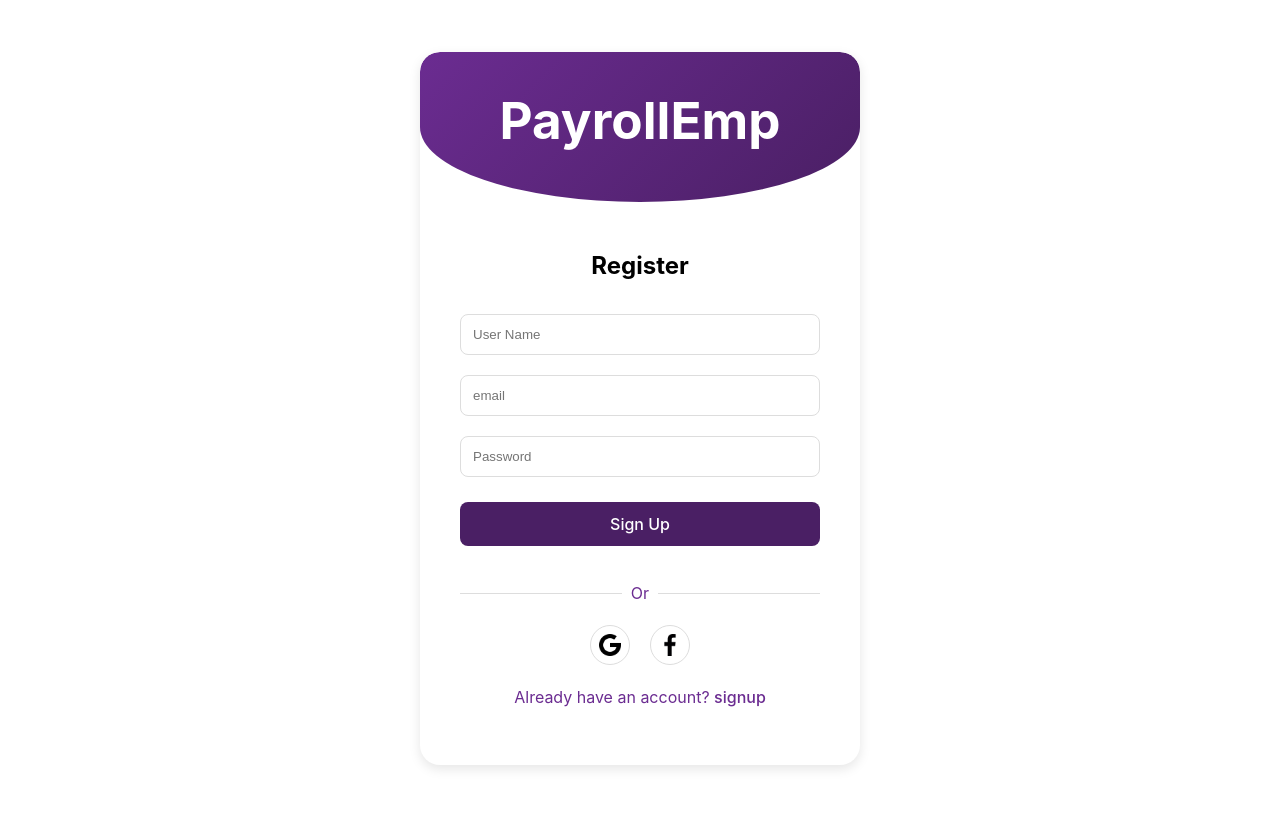
Repository: nino-pixel/payrolllatest
Page: /signup (app in web_vue/)
These files come from the project's save history. The page is drawn as it stood at one moment and after the next save; the edit follows.
The browser window is 1280 px wide. The pictures show the whole page.
The project was rebuilt for these pictures with package versions that can differ from the ones it lists, and the page was loaded fresh each time. Also part of the build but not shown: web_vue/vite.config.js, web_vue/src/components/login_page.vue.

Above is the page before, as saved 2024-12-18 19:34:04.

### web_vue/src/App.vue

<template>
 <router-view></router-view>

</template>

<script>
import login_page from './components/login_page.vue'
 // Import the component

export default {
  name: 'App',
  components: {
    login_page,
  }
}
</script>
<style scoped>
.logo {
  height: 6em;
  padding: 1.5em;
  will-change: filter;
  transition: filter 300ms;
}
.logo:hover {
  filter: drop-shadow(0 0 2em #646cffaa);
}
.logo.vue:hover {
  filter: drop-shadow(0 0 2em #42b883aa);
}
</style>

### web_vue/src/router/index.js
import { createRouter, createWebHistory } from 'vue-router'
import LoginPage from '../components/login_page.vue'
import SignupPage from '../components/sign_up.vue'


const routes = [
  {
    path: '/',
    name: 'Login',
    component: LoginPage
  },
  {
    path: '/signup',
    name: 'Signup',
    component: SignupPage
  }
  // Add other routes here as needed
]

const router = createRouter({
  history: createWebHistory(),
  routes
})

export default router

### web_vue/src/components/sign_up.vue
<template>
  <div class="signup-container">
    <div class="wave-bg"></div>
    <h1>PayrollEmp</h1>

    <div class="signup-form">
      <h2>Register</h2>
      <input
        type="text"
        v-model="username"
        placeholder="User Name"
      >
      <input
        type="text"
        v-model="email"
        placeholder="email"
      >
      <input
        type="password"
        v-model="password"
        placeholder="Password"
      >
      <button
        class="sign-up"
        @click="handlesignup"
      >
        Sign Up
      </button>

      <div class="divider">
        <span>Or</span>
      </div>

      <div class="social-signup">
        <button class="google" @click="handleGooglesignup">
          <img src="../assets/google-icon.png" alt="Google">
        </button>
        <button class="facebook" @click="handleFacebooksignup">
          <img src="../assets/facebook-icon.png" alt="Facebook">

        </button>
      </div>

      <p class="signup-link">
    Already have an account?
    <router-link :to="{path: '/'}">signup</router-link>
  </p>
    </div>
  </div>
</template>

<script>
export default {
  name: 'signupPage',
  data() {
    return {
      username: '',
      password: ''
    }
  },
  methods: {
    handlesignup() {
      // Implement signup logic here
      console.log('signup attempt with:', {
        username: this.username,
        password: this.password
      })
    },
    handleGooglesignup() {
      // Implement Google signup logic
      console.log('Google signup clicked')
    },
    handleFacebooksignup() {
      // Implement Facebook signup logic
      console.log('Facebook signup clicked')
    },
    goToSignup() {
      // Implement navigation to signup page
      console.log('Navigate to signup')
      // this.$router.push('/signup')
    }
  }
}
</script>

<style scoped>
h2{
  color: black;
}
/* Your existing CSS remains the same */
body {
    margin: 0;
    font-family: Arial, sans-serif;
    background: #f5f5f5;
}

.signup-container {
    position: relative;
    max-width: 400px;
    margin: 20px auto;
    padding: 20px;
    background: white;
    border-radius: 20px;
    box-shadow: 0 4px 12px rgba(0,0,0,0.1);
    overflow: hidden;
}

.wave-bg {
    position: absolute;
    top: 0;
    left: 0;
    right: 0;
    height: 150px;
    background: linear-gradient(135deg, #6b2c91, #4a1f64);
    border-radius: 20px 20px 50% 50%;
}

h1 {
    color: white;
    position: relative;
    margin: 20px;
}

.signup-form {
    padding: 20px;
    margin-top: 60px;
}

input {
    width: 100%;
    padding: 12px;
    margin: 10px 0;
    border: 1px solid #ddd;
    border-radius: 8px;
    box-sizing: border-box;
}

.sign-up {
    width: 100%;
    padding: 12px;
    background: #4a1f64;
    color: white;
    border: none;
    border-radius: 8px;
    margin: 15px 0;
    cursor: pointer;
}

.divider {
    text-align: center;
    margin: 20px 0;
    position: relative;

    color: #6b2c91;
}

.divider::before,
.divider::after {
    content: "";
    position: absolute;
    top: 50%;
    width: 45%;
    height: 1px;
    background: #ddd;

    color: #6b2c91;
}

.divider::before { left: 0; }
.divider::after { right: 0; }

.social-signup {
    display: flex;
    justify-content: center;
    gap: 20px;
}

.social-signup button {
    width: 40px;
    height: 40px;
    border-radius: 50%;
    border: 1px solid #ddd;
    background: white;
    cursor: pointer;
    padding: 8px;
}

.social-signup img {
    width: 100%;
    height: 100%;
    object-fit: contain;
}

.signup-link {
    text-align: center;
    margin-top: 20px;
    color: #6b2c91;

}

.signup-link a {
    color: #6b2c91;
    text-decoration: none;
}
</style>

Loaded but not shown: web_vue/src/main.js (common file); web_vue/src/style.css (common file)

After the next save:
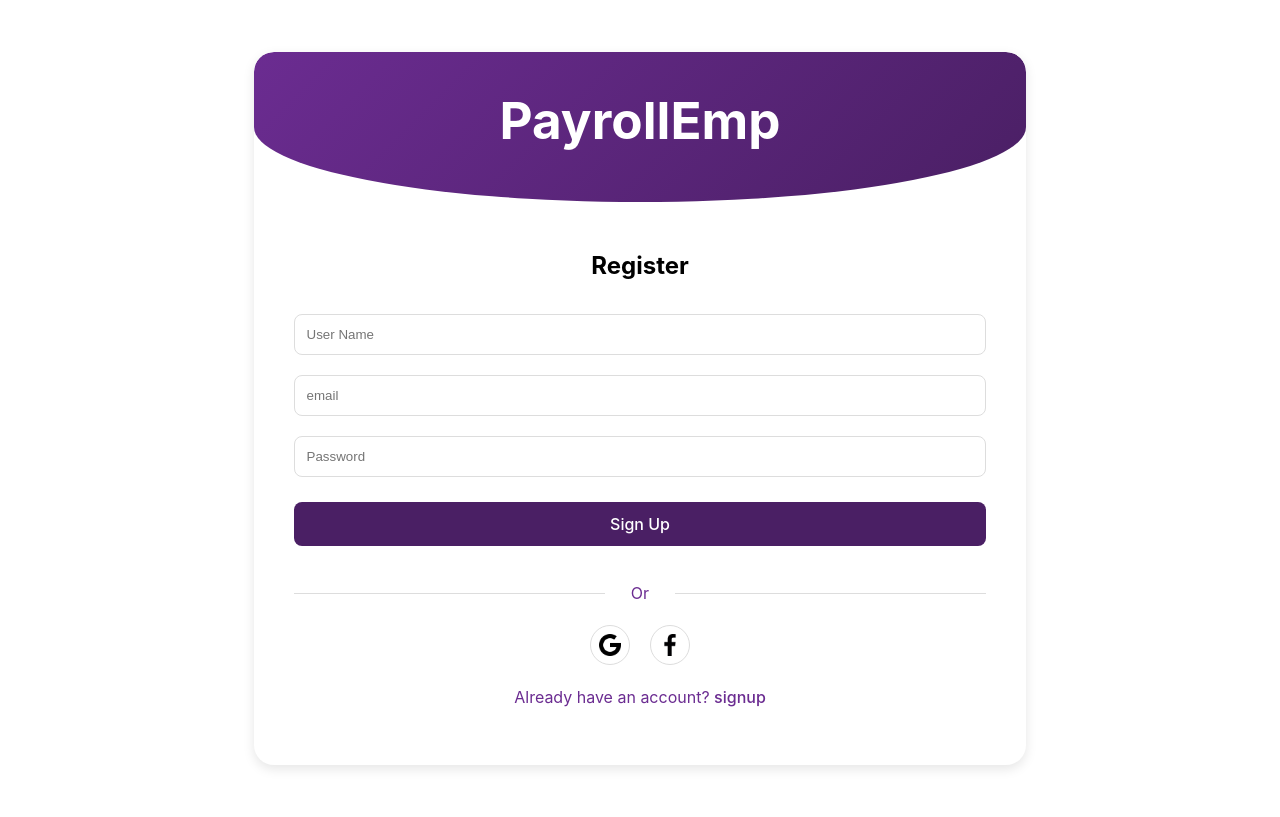
Saved 32 s later.
--- a/web_vue/src/components/sign_up.vue
+++ b/web_vue/src/components/sign_up.vue
@@ -96,7 +96,6 @@ body {
 
 .signup-container {
     position: relative;
-    max-width: 400px;
     margin: 20px auto;
     padding: 20px;
     background: white;
